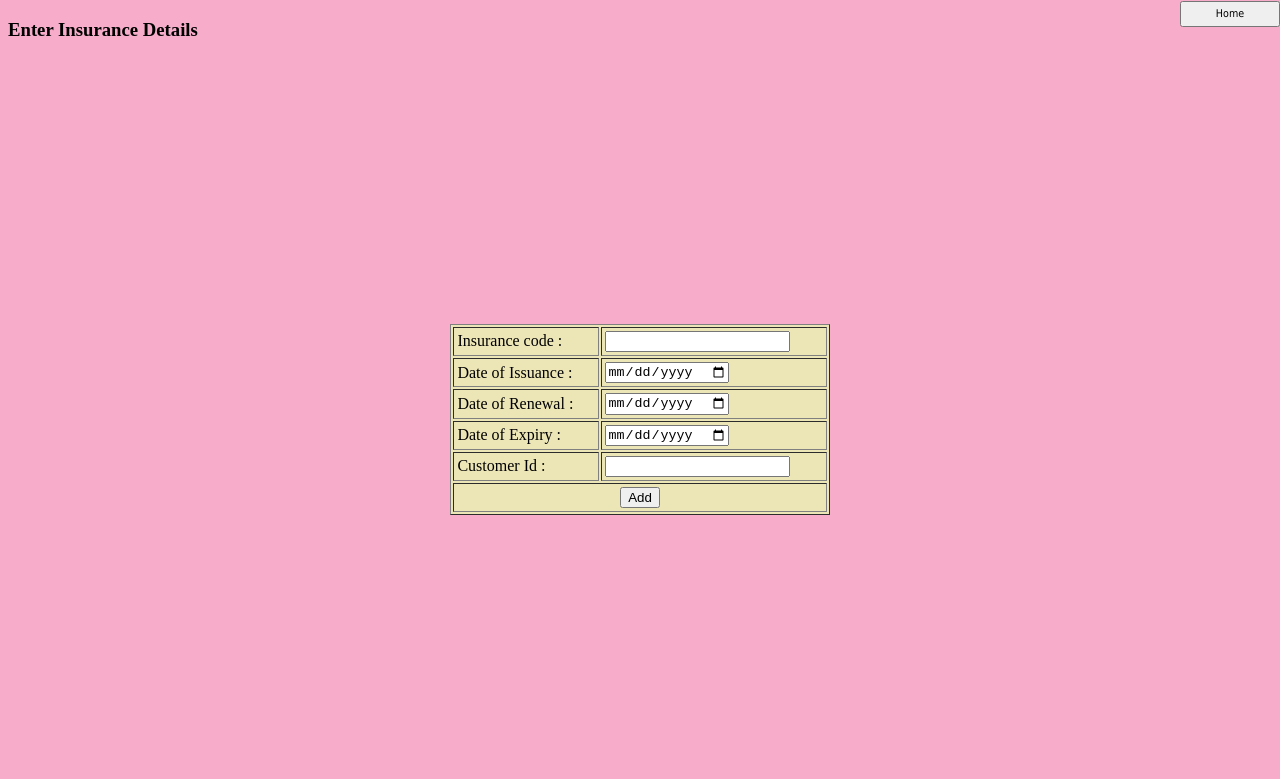
Repository: ankitasha/HomeProject
Page: http://localhost/insurance/WEB-INF/views/addinsurance.jsp
An editor plug-in stored every save of this project. The page is shown before and after the next save, followed by the edit.
The browser window is 1280 px wide. The pictures show the whole page.
The page is served by Tomcat 9. Nobody is signed in. Other server files are loaded and not shown. The template is opened directly, without the code that normally fills it, so the values that code supplies are empty.

Above is the page before, as saved 2017-05-05 10:04:29.

### insurance/src/main/webapp/WEB-INF/views/addinsurance.jsp
<%@ page language="java" contentType="text/html; charset=ISO-8859-1"
    pageEncoding="ISO-8859-1"%>
<!DOCTYPE html PUBLIC "-//W3C//DTD HTML 4.01 Transitional//EN" "http://www.w3.org/TR/html4/loose.dtd">
<html>
<head>
<meta http-equiv="Content-Type" content="text/html; charset=ISO-8859-1">
<title>Add Insurance</title>
<style type="text/css">

#button {
     line-height: 12px;
     padding:5px;
     width: 100px;
     font-size: 8pt;
     font-family: tahoma;
     margin-top: 1px;
     margin-right: 0px;
     position:absolute;
     top:0;
     right:0;
 }

 #menu {
     line-height: 12px;
     padding:5px;
     width: 100px;
     font-size: 8pt;
     font-family: tahoma;
     margin-top: 1px;
     margin-right: 120px;
     position:absolute;
     top:0;
     right:0;
 }

   html, body {
    height: 100%;
  }
  #tableContainer-1 {
    height: 100%;
    width: 100%;
    display: table;
  }
  #tableContainer-2 {
    vertical-align: middle;
    display: table-cell;
    height: 100%;
  }
  #myTable {
    margin: 0 auto;
  }
</style>
</head>
<h3>Enter Insurance Details</h3>
<body style="background-color: #f7adca">
	  <div id="tableContainer-1">
  	    <div id="tableContainer-2">
          <form method="post" action="addInsurance">
             <center>
               <table id="myTable" border="1" width="30%" cellpadding="3" style="background-color: #ECE5B6;" WIDTH="30%">

                    <tr>
                        <td> Insurance code : </td><td><input name="insurancecode"  /> </td>
                    </tr>
                    <tr>
                        <td> Date of Issuance : </td><td> <input type="date" name="dateOfIssuance" /> </td>
                    </tr>
                    <tr>
                        <td> Date of Renewal : </td><td> <input type="date"  name="dateOfRenewal" /> </td>
                    </tr>
                     <tr>
                        <td> Date of Expiry : </td><td> <input type="date" name="dateOfExpiry" /> </td>
                    </tr>
                    <tr>
                        <td> Customer Id : </td><td><input name="customer.customerId"  /> </td>
                    </tr>

                    <tr>
                      <td colspan="2" align="center"><input type="submit" value="Add" /></td>
                    </tr>
              </table>
            </center>
        </form>
        <form method="get" action="homepage">
   			 <button id="button" type="submit">Home</button>
		</form>
</body>
</html>

After the next save:
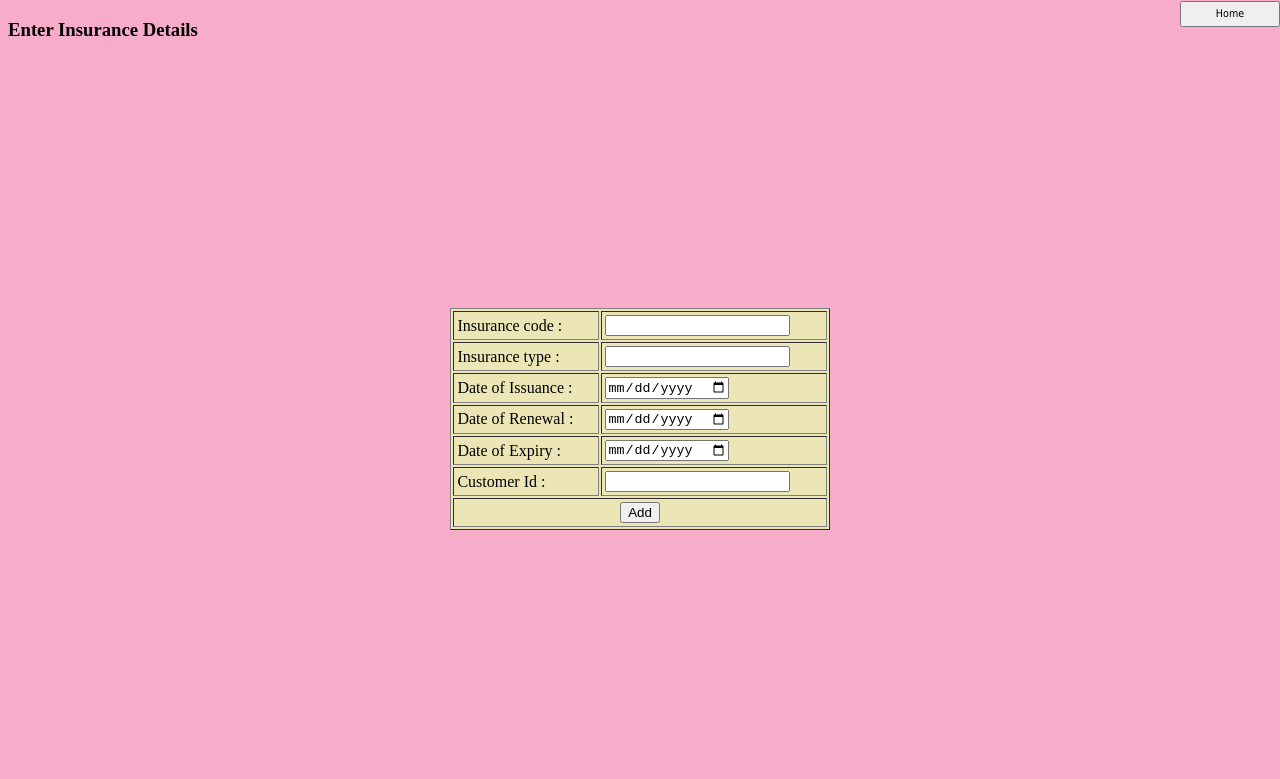
Saved 3 min 59 s later.
--- a/insurance/src/main/webapp/WEB-INF/views/addinsurance.jsp
+++ b/insurance/src/main/webapp/WEB-INF/views/addinsurance.jsp
@@ -63,6 +63,9 @@
                         <td> Insurance code : </td><td><input name="insurancecode"  /> </td>
                     </tr>
                     <tr>
+                        <td> Insurance type : </td><td><input name="insurancecode"  /> </td>
+                    </tr>
+                    <tr>
                         <td> Date of Issuance : </td><td> <input type="date" name="dateOfIssuance" /> </td>
                     </tr>
                     <tr>
